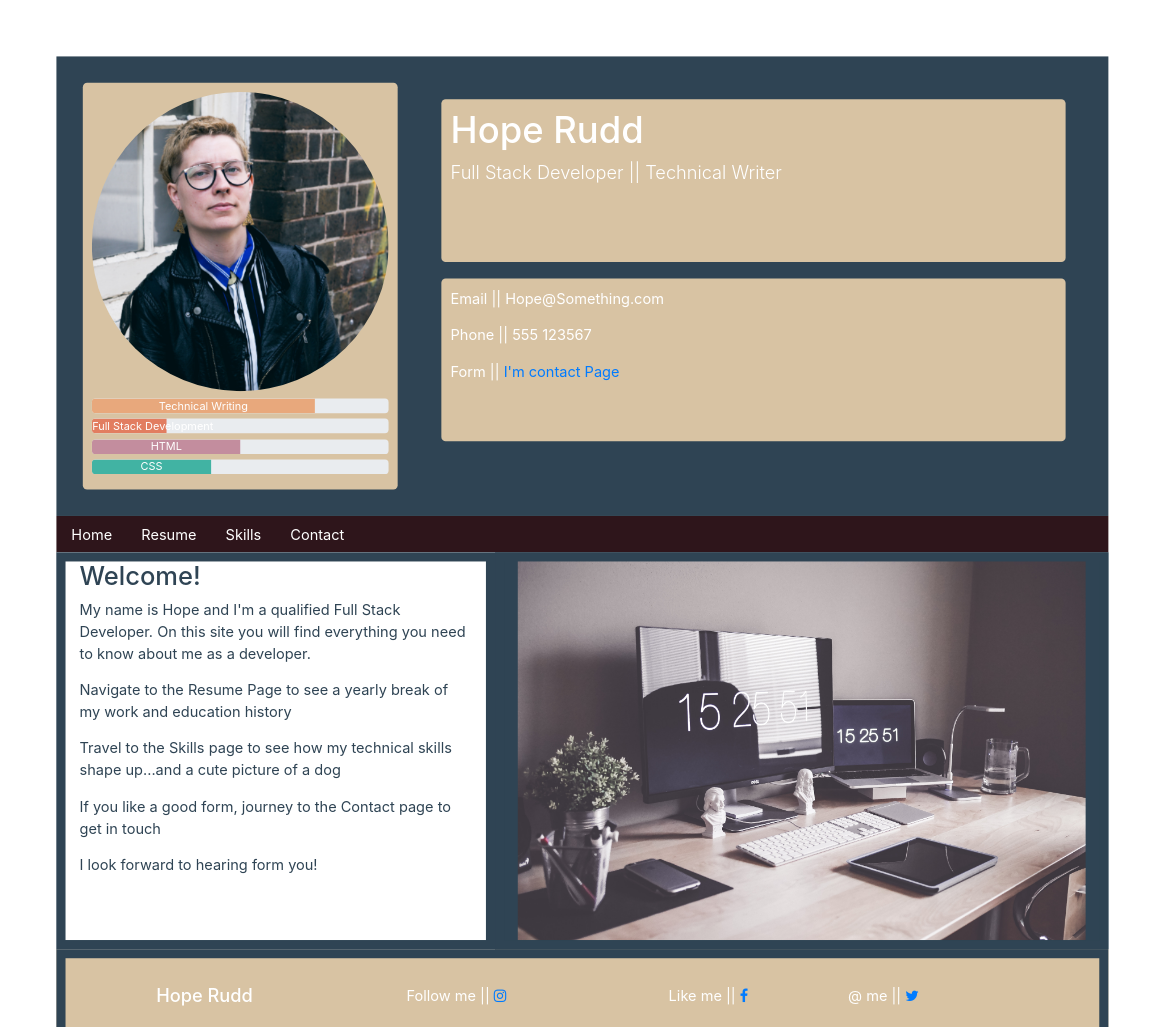
Repository: BleakTerrain/MilestoneProject-
Page: index.html
The author's editor kept a record of every edit. The page is drawn from the files as they stood at one moment, then again after the next edit.
The browser window is 1280 px wide. The pictures show the whole page, at 91% of full size.
Some web libraries are served in a nearby version.

Above is the page before.

### index.html
<html>

<head>
  <!-- Copied from UCB Resume code institue project -->

  <meta charset="UTF-8">
  <meta name="viewport" content="width=device-width, initial-scale=1.0">
  <meta http-equiv="X-UA-Compatible" content="ie=edge">
  <link rel="stylesheet" href="https://maxcdn.bootstrapcdn.com/bootstrap/4.2.1/css/bootstrap.min.css" type="text/css" />
  <link rel="stylesheet" href="https://maxcdn.bootstrapcdn.com/font-awesome/4.7.0/css/font-awesome.min.css" type="text/css" />
  <link rel="stylesheet" href="https://cdnjs.cloudflare.com/ajax/libs/hover.css/2.3.1/css/hover-min.css" type="text/css" />
  <link rel="stylesheet" href="assets/CSS/stylesheet.css" type="text/css" />
  <!-- Copied initial links end -->

  <title> Personal Portfolio</title>
</head>
<header>



</header>

<body>
<div class="intro-container">

 <!-------------------------Intro cards Started----------------------->
      <div class="row">
        <div class= "col-sm-4">
            <section class="jumbotron introtron">
          <img class="intro-image " src="BackgroundCodeInstitute.jpg" alt="Image not found">
           <div class="progress">
                <div class="progress-bar tech-writing " role="progressbar" aria-valuenow="40"
  aria-valuemin="0" aria-valuemax="100" style="width:75%">
  Technical Writing
  </div>
           </div>
            <div class="progress">
                <div class="progress-bar full-stack " role="progressbar" aria-valuenow="40"
  aria-valuemin="0" aria-valuemax="100" style="width:25%">
  Full Stack Development
  </div>
           </div>
             <div class="progress">
                <div class="progress-bar html" role="progressbar" aria-valuenow="40"
  aria-valuemin="0" aria-valuemax="100" style="width:50%">
  HTML
  </div>
           </div>
                <div class="progress">
                <div class="progress-bar css" role="progressbar" aria-valuenow="40"
  aria-valuemin="0" aria-valuemax="100" style="width: 40%">
  CSS
  </div>
           </div>
               </div>

               <div class="col-sm-8">
                 <div class="jumbotron name-card">
                <h1>Hope Rudd</h1>
                 <p class="lead ">Full Stack Developer || Technical Writer </p>
                 </div>

                  <section class= "jumbotron contact-card">
           <div class="row">
             <div class="col-sm-12">
            <p class="contact-info"> Email || Hope@Something.com</p>
            <p class="contact-info"> Phone || 555 123567</p>
            <p class="contact-info"> Form || <a href ="#">I'm contact Page</a></p>
              </div>

</section>
        </section>
        </div>

      </div>
    </div>

</div>
<!-------------------------------Intro cards finished-------------------------------->
<!-------------------------------Nav bar started-------------------------------->
<!-- inspired by example at https://www.w3schools.com/bootstrap4/bootstrap_navs.asp -->
<ul class = " nav navbar-default">
            <li class="nav-item">
              <a class="nav-link" href="#">Home</a>
            </li>
            <li class="nav-item">
              <a class="nav-link" href="#">Resume</a>
            </li>
            <li class="nav-item">
              <a class="nav-link" href="#">Skills</a>
            </li>
            <li class="nav-item">
              <a class="nav-link" href="#">Contact</a>
            </li>
          </ul>
<!-------------------------------Nav bar finished-------------------------------->
<!-------------------------------Bulk text started------------------------------->
    <section class="main-text container-fluid">
<div class="row">
  <div class="col-sm-5 main-text-box">
      <h3>Welcome!</h3> <i class="fas fa-door-open"></i>
      <p> My name is Hope and I'm a qualified Full Stack Developer. On this site you will find everything you need to know about me as a developer.</p>
      <p>Navigate to the Resume Page to see a yearly break of my work and education history</p>
      <p>Travel to the Skills page to see how my technical skills shape up...and a cute picture of a dog </p>
      <p>If you like a good form, journey to the Contact page to get in touch</p>
      <p> I look forward to hearing form you!</p>
  </div>
  <div class="col-sm-7 other-image-background">
<img class="other-image" src="DeskImage.jpg" alt="Image not found">
  </div>
</div>
    </section>
    </body>
<!-------------------------------Bulk text finished------------------------------->



<footer class="footer container-fluid">
<div class="row">
<div class="col-sm-3 footer-item">
  <h5>  Hope Rudd  </h5>
  </div>
  <div class="col-sm-3 footer-item">
      <p>Follow me || <a href = "#"> <i class="fa fa-instagram aria-hidden=true"></i></a></p>
  <span class = "sr-only">Instagram link</span>
  </div>
  <div class="col-sm-3 footer-item">
      <p> Like me || <a href = "#"> <i class="fa fa-facebook aria-hidden=true"></i></a></p>
  <span class = "sr-only">Facebook Link</span>
  </div>
    <div class="col-sm-3 footer-item-twitter">
      <p>@ me || <a href = "#"> <i class="fa fa-twitter aria-hidden=true"></i></a></p>
  <span class = "sr-only">Twitter Link</span>
  </div>
</footer>

</html>

### assets/CSS/stylesheet.css

/* Main background taken from bootstraps basics project*/
/* General theme inspiration from : https://visme.co/blog/website-color-schemes/ */

body, html {
  height: 100%;
  margin: 2.5%;
}
/* -----------------------------------Intro bar---------------*/

.intro-container
{
padding:2.5%;
background-color: #2f4454;
}
.jumbotron
{
  margin:2.5%;
 padding: 10px;
 text-align: center;
  background-color: #D8C3A3;
  color:#fff;

}
.jumbotron-header
{
  font-size:500%;

}

.introtron
{
  margin:0;
min-height: 40%;
}

.intro-image {
  padding-bottom: 2.5%;
    width: 100%;
    background-position: center;
    background-repeat: no-repeat;
    transition: all .5s ease-in-out;
    -moz-transition: all .5s ease-in-out;
    -webkit-transition: all .5s ease-in-out;
  border-radius: 50%;
  display:inline-block;
}

.contact-card
{

  text-align: left;
  height:40%;
}
.name-card
{
  text-align:left;
  font-size: x-large;
  height:40%;
}
/*-----------------------------SkillsBar-------------------*/
.skill-bars
{
 width: 100%;
 height:auto;
}
.progress
{
  margin-bottom:2%;

}
.full-stack
{
  background-color: #E27D60;
}
.tech-writing
{
  background-color: #e8a87c;
}
.html
{
  background-color: #C38D9E;
}
.css
{
  background-color: #41B3A3;
}
/*----------------------------------Nav-----------------------*/
.nav
{

  text-align: center;
  background-color: #2E151B;

}
.nav-link
{
  color:#fff;
}
.nav-link:hover
{
  background-color:#eed2dc ;
  color:#2E151B;
}
.nav-item-resume
{
  background-color: #D8C3A3;
}
.nav-item-skills
{
  background-color: #D8C3A3;
}
.nav-item-contact
{
  background-color: #D8C3A3;
}
/*-----------------------------Main-Text-------------------*/
.main-text
{
  background-color: #2f4454;
}

.main-text-box
{
  border: solid 10px #2f4454;
  background-color: #fff;
  color: #2f4454;
}
.other-image-background
{
border: solid 10px #2f4454;
 margin:0;
}
.other-image {

width: 100%;
  display:block;

}

.resume-main-text
{
  background-color:#D8C3A3 ;
  border: solid 10px #2f4454;
  padding:2.5% ;
}

.resume-image
{
  margin-top: 2.5%;
    padding-bottom: 2.5%;
    width: 100%;
    background-repeat: no-repeat;

  display:inline-block;
}


/*-----------------------------Timeline-------------------*/
/*-- Influenced by http://www.prepbootstrap.com/bootstrap-template/timeline ---*/
.timeline {
  list-style: none;
  padding: 10px 0 10px;
  position: relative;
}
.timeline:before {
  top: 0;
  bottom: 0;
  position: absolute;
  content: " ";
  width: 3px;
  background-color:#fff ;
  left: 10px;
  margin-left:-2px;
}
.timeline-item {
  margin-bottom: 10px;
  position: relative;
}

.timeline-item:before
.timeline-item:after {
  content: " ";
  display: table;
}

 .timeline-panel {
   background-color:  #41B3A3;
   color:#fff;
  width: 75%;
  float: center;
  border: 1px solid #d4d4d4;
  border-radius: 10px;
  padding: 10px;
  position: relative;
  margin-left: 35px;
}
.timeline-panel:before {
  position: absolute;
  display: inline-block;
}
.timeline-panel:after {
  position: absolute;

  display: inline-block;
}
 .timeline-badge {
  color: #fff;
  font-size: 30px;
  line-height: 25px;
  text-align: center;
  position: absolute;
  top: 16px;
  left: -7px;

}

/*------------------------------Footer---------------------*/
.footer
{ background-color: #D8C3A3;
color:#fff;
padding: 2.5%;
border: solid 10px #2f4454 ;
}
.footer-item
{
  text-align: center;
}
/*------------------------------MediaQueries-----------------*/

@media (max-width: 573)
{
  .name-card
{
height: 100%;
background-color: #E85a4f;
}


.contact-card
{
height: 100%;
background-color: #E98074;
}
}
.other-image
{
  height:100%;

}

After the next edit:
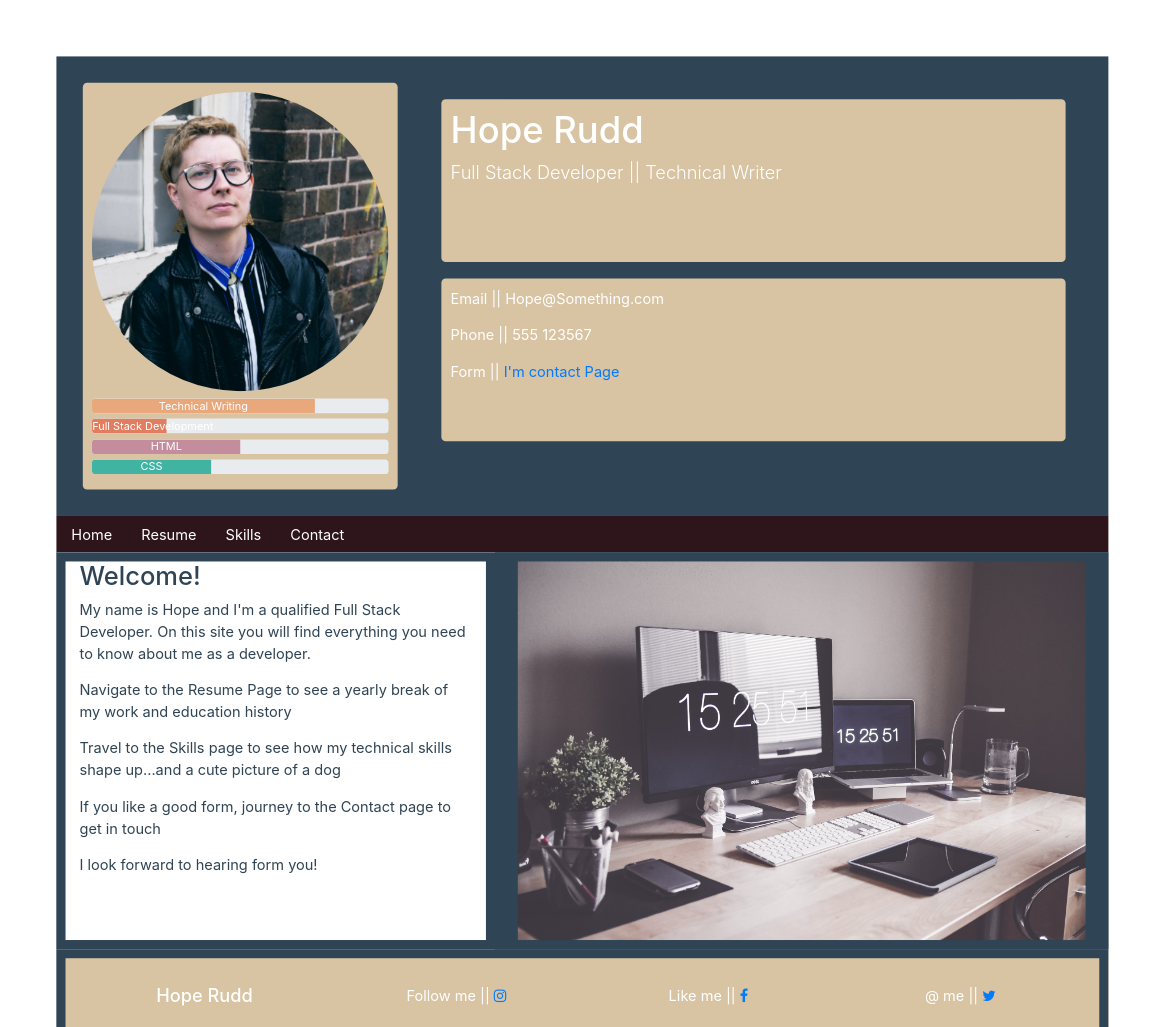
The edit:
--- a/index.html
+++ b/index.html
@@ -128,7 +128,7 @@
       <p> Like me || <a href = "#"> <i class="fa fa-facebook aria-hidden=true"></i></a></p>
   <span class = "sr-only">Facebook Link</span>
   </div>
-    <div class="col-sm-3 footer-item-twitter">
+    <div class="col-sm-3 footer-item">
       <p>@ me || <a href = "#"> <i class="fa fa-twitter aria-hidden=true"></i></a></p>
   <span class = "sr-only">Twitter Link</span>
   </div>
